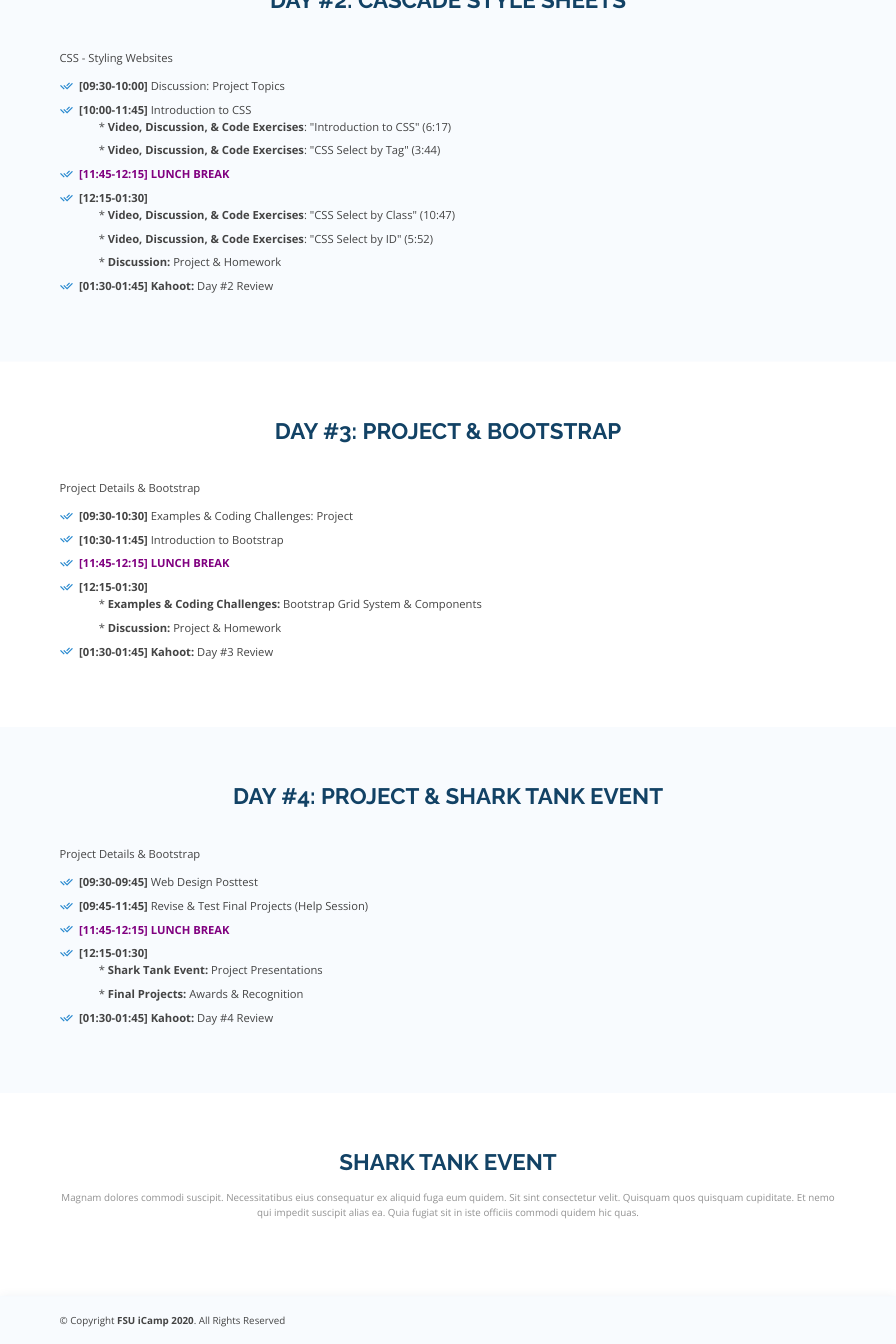
Repository: cchatmon/iCamp_2020
Page: iCamp_OnePage/index.html
The author's editor kept a record of every edit. The page is drawn from the files as they stood at one moment, then again after the next edit.
The browser window is 1280 px wide. The pictures show the part of the page from y = 1642 to 3562 px (the page is 3562 px tall before and 3272 px after), at 70% of full size.
Backgrounds fixed to the window are drawn as part of the page.

Above is the page before.

After the next edit:
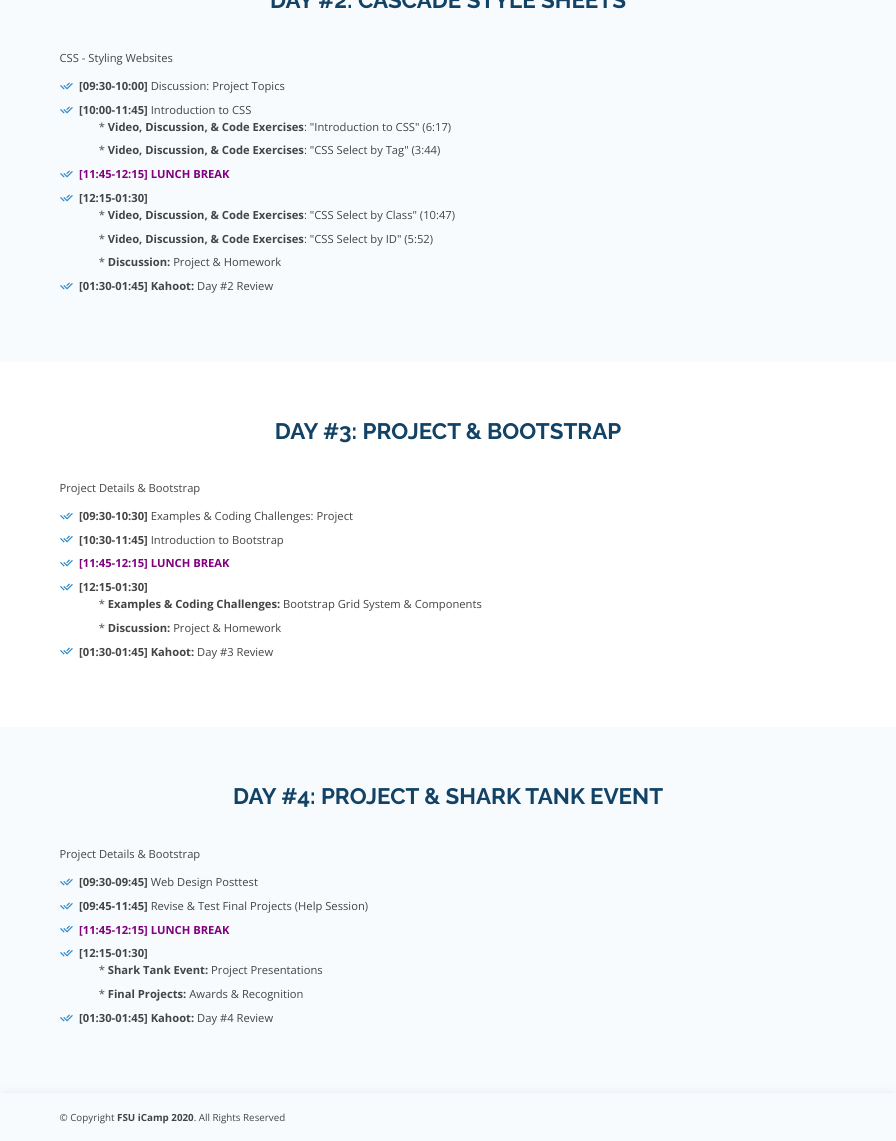
The edit:
--- a/iCamp_OnePage/index.html
+++ b/iCamp_OnePage/index.html
@@ -244,18 +244,6 @@
       </div>
     </section><!-- End Day #4 Section -->
 
-    <!-- ======= Shark Tank Section ======= -->
-    <section id="sharkTank" class="pricing">
-      <div class="container" data-aos="fade-up">
-
-        <div class="section-title">
-          <h2>Shark Tank Event</h2>
-          <p>Magnam dolores commodi suscipit. Necessitatibus eius consequatur ex aliquid fuga eum quidem. Sit sint consectetur velit. Quisquam quos quisquam cupiditate. Et nemo qui impedit suscipit alias ea. Quia fugiat sit in iste officiis commodi quidem hic quas.</p>
-        </div>
-      </div>
-    </section><!-- End Shark Tank Event Section -->
-
-
   </main><!-- End #main -->
 
   <!-- ======= Footer ======= -->
